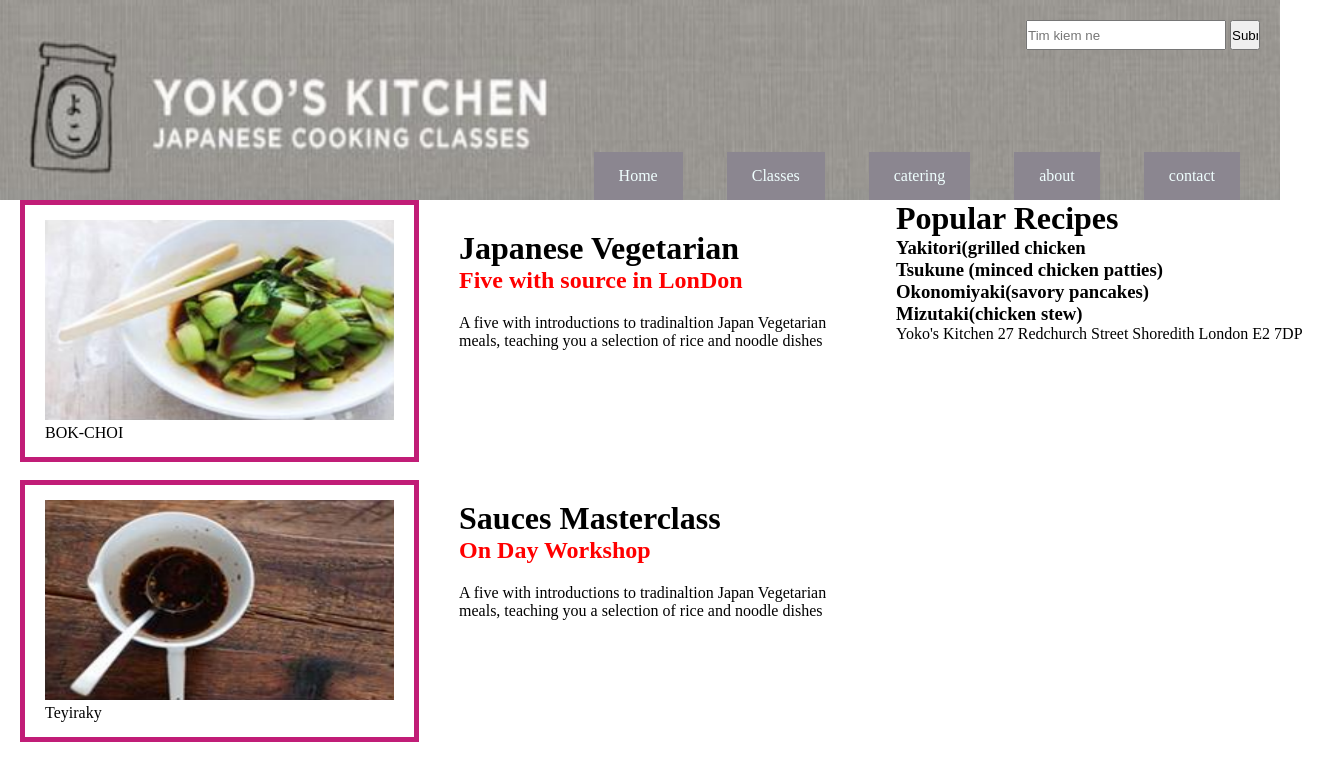
Repository: huy352002/20012931-Tr-n-Quang-Huy
Page: bt2.html
These files come from the project's save history. The page is drawn as it stood at one moment and after the next save; the edit follows.
The browser window is 1280 px wide. The page is 1344 px wide, so the pictures cover 1344 px, including what lies to the right of the window. The pictures show the whole page.

Above is the page before, as saved 2022-09-30 10:42:21.

### bt2.html
<!DOCTYPE html>
<html lang="en">

<head>
    <meta charset="UTF-8">
    <meta http-equiv="X-UA-Compatible" content="IE=edge">
    <meta name="viewport" content="width=device-width, initial-scale=1.0">
    <title>Document</title>
    <link rel="stylesheet" href="/bt2.css">
</head>

<body>
    <div class="header">
        <div class="background">

            <ul>
                <li> <a href="">Home</a> </li>
                <li> <a href="">Classes</a> </li>
                <li> <a href="">catering</a> </li>
                <li> <a href="">about</a> </li>
                <li> <a href="">contact</a> </li>
            </ul>
        </div>

        <form class="form" action="">
            <input class="form_a" type="text" placeholder="Tim kiem ne">
            <input class="form_b" type="submit">
        </form>
    </div>


    <div class="container">
        <div class="body1">
            <div class="sub1">
                <div class="img_boder">
                    <img class="img" src="/img1.png">
                    <p>BOK-CHOI</p>
                </div>
                <br>
                <div class="img_boder">
                    <img class="img" src="/img2.png" alt="">
                    <p>Teyiraky</p>
                </div>
            </div>


            <div class="sub2">
                <div class="P_1">
                    <div class="nav_P1">
                        <H1>Japanese Vegetarian</H1>
                        <H2>Five with source in LonDon</H2>

                    </div>
                    <p>A five with introductions to tradinaltion Japan Vegetarian meals, teaching you a selection of rice and noodle dishes</p>
                </div>

                <div class="P_2">
                    <div class="nav_P1">
                        <H1>Sauces Masterclass</H1>

                        <H2>On Day Workshop</H2>

                    </div>
                    <p>A five with introductions to tradinaltion Japan Vegetarian meals, teaching you a selection of rice and noodle dishes</p>
                </div>
            </div>
        </div>
        <div class="body2">
            <div class="body2_p1">
                <H1>Popular Recipes</H1>
                <h3>Yakitori(grilled chicken</h3>
                <h3> Tsukune (minced chicken patties)</h3>
                <h3>Okonomiyaki(savory pancakes)</h3>
                <h3>Mizutaki(chicken stew)</h3>
            </div>
            <div class="body2_p2">
                <p>Yoko's Kitchen 27 Redchurch Street Shoredith London E2 7DP
                </p>
            </div>
        </div>



    </div>
    </div>


    <div class="footer"></div>
</body>

</html>

### bt2.css
* {
    margin: 0;
    padding: 0%;
    box-sizing: border-box;
}

.header {
    width: 100%;
    height: 200px;
    position: relative;
    background-image: url(/backgroun.png);
    background-repeat: no-repeat;
    background-size: 100% 100%;
}

.header ul {
    position: absolute;
    right: 0;
    bottom: 0;
    margin: 0 20px;
}

.header ul li {
    display: inline-block;
    padding: 15px 25px;
    background-color: rgb(139, 134, 144);
    right: 0;
    top: 0;
    margin: 0 20px;
}

.header ul li a {
    text-decoration: none;
    color: azure;
}

.header ul li a:hover {
    color: rgb(8, 8, 8);
}

.form {
    position: absolute;
    right: 0;
    top: 0;
    margin: 20px 20px;
}

.form_a {
    width: 200px;
    height: 30px;
}

.form_b {
    width: 30px;
    height: 30px;
}

.container {
    width: 100%;
    height: auto;
    position: relative;
    /* display: inline-block; */
}

.body1 {
    position: relative;
    width: 70%;
    height: auto;
    display: inline-block;
}

.sub1 {
    position: relative;
    width: 49%;
    display: inline-block;
}

.img {
    width: 100%;
    height: 200px;
}

.img_boder {
    border: 5px solid rgb(193, 29, 119);
    padding: 15px 20px;
    margin: 0 20px;
}

.sub2 {
    display: inline-block;
    position: absolute;
    width: 49%;
}

.P_1 {
    margin: 20px 10px;
    padding: 10px 10px;
}

.nav_P1 {
    margin-bottom: 20px;
}

.nav_P1 h2,
.P_2 h2 {
    color: red;
}

.P_2 {
    margin: 130px 10px;
    padding: 10px 10px;
}

.body2 {
    position: absolute;
    width: 35%;
    height: auto;
    display: inline-block;
}

.body2_p1 {}

After the next save:
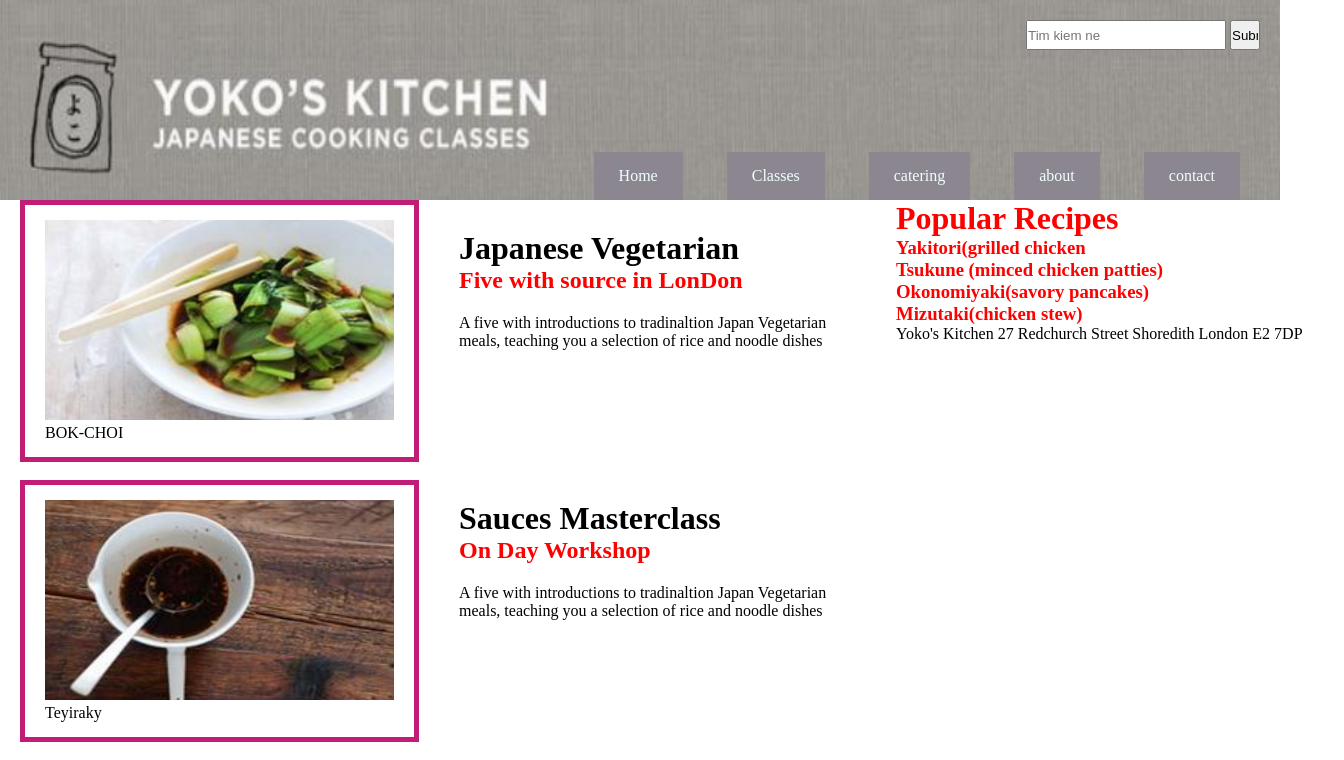
Saved 12 s later.
--- a/bt2.css
+++ b/bt2.css
@@ -118,4 +118,6 @@
     display: inline-block;
 }
 
-.body2_p1 {}
+.body2_p1 {
+    color: red;
+}
